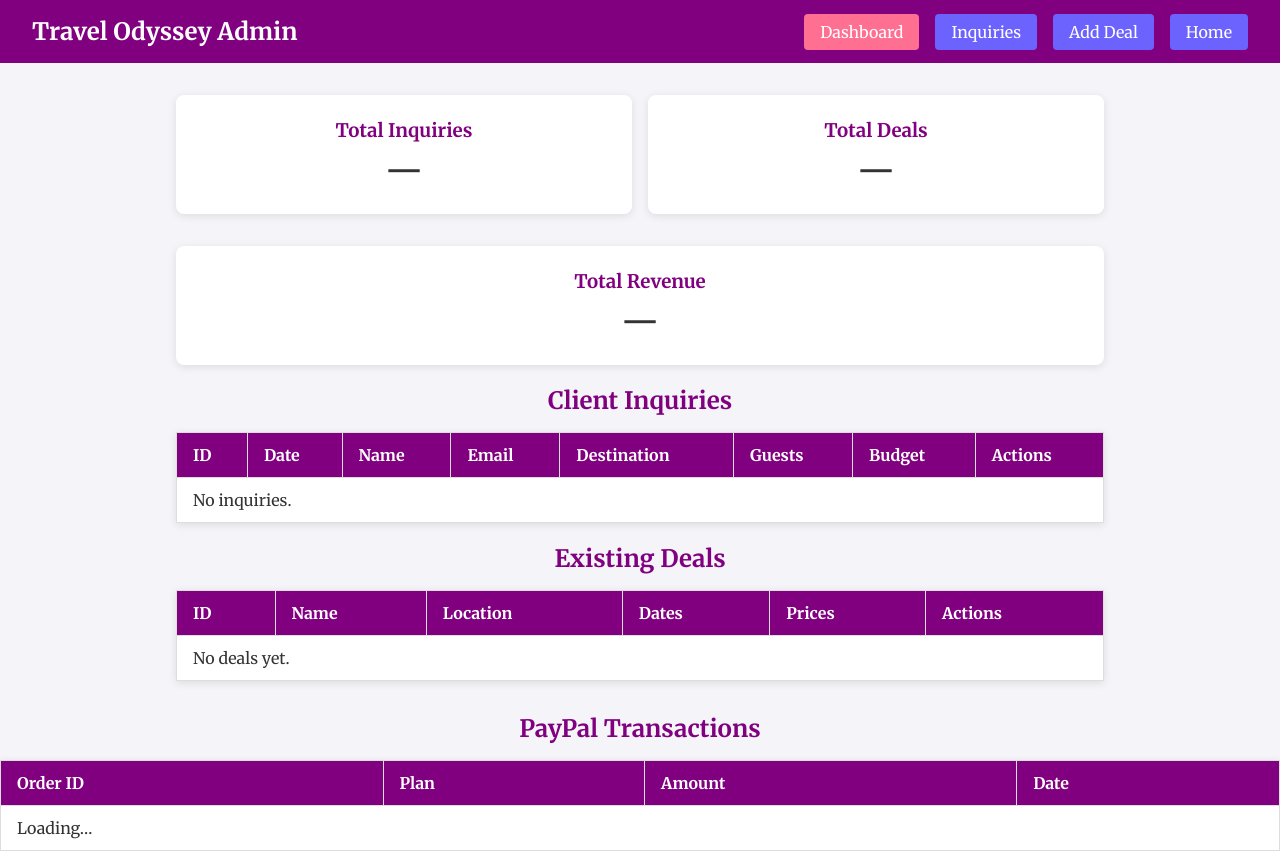
Repository: GHzPhoenix/Project-Odyssey
Page: Frontend/admin.html
The author's editor kept a copy of each file at every save. The page is drawn from the files as they stood at one save, then again after the next save.
The browser window is 1280 px wide. The pictures show the whole page.
The page's requests for data from a server got no answer.

Above is the page before, as saved 2025-06-13 15:12:24.

### Frontend/admin.html
<!DOCTYPE html>
<html lang="en">
  <head>
    <meta charset="UTF-8" />
    <meta name="viewport" content="width=device-width,initial-scale=1.0" />
    <title>Admin Dashboard – Travel Odyssey</title>
    <link rel="stylesheet" href="/Frontend/css/admin.css" />
    <style>
      .kpi-container {
        display: flex;
        gap: 1rem;
        margin: 2rem 0;
        justify-content: center;
      }
      .kpi-card {
        flex: 1;
        background: white;
        padding: 1.5rem;
        border-radius: 8px;
        box-shadow: 0 2px 8px rgba(0, 0, 0, 0.1);
        text-align: center;
      }
      .kpi-card h3 {
        margin-bottom: 0.5rem;
        color: purple;
      }
      .kpi-card p {
        font-size: 2rem;
        font-weight: bold;
      }
    </style>
  </head>
  <body>
    <header>
      <nav>
        <div class="logo">Travel Odyssey Admin</div>
        <ul>
          <li><a href="admin.html" class="active">Dashboard</a></li>
          <li><a href="inquiries.html">Inquiries</a></li>
          <li><a href="add-deal.html">Add Deal</a></li>
          <li><a href="index.html">Home</a></li>
        </ul>
      </nav>
    </header>

    <main>
      <div class="kpi-container">
        <div class="kpi-card">
          <h3>Total Inquiries</h3>
          <p id="kpi-inquiries">–</p>
        </div>
        <div class="kpi-card">
          <h3>Total Deals</h3>
          <p id="kpi-deals">–</p>
        </div>
      </div>
      <div class="kpi-card">
        <h3>Total Revenue</h3>
        <p id="kpi-revenue">–</p>
      </div>
      <br />
      <h2 class="section">Client Inquiries</h2>
      <table id="inquiries-table">
        <thead>
          <tr>
            <th>ID</th>
            <th>Date</th>
            <th>Name</th>
            <th>Email</th>
            <th>Destination</th>
            <th>Guests</th>
            <th>Budget</th>
            <th>Actions</th>
          </tr>
        </thead>
        <tbody>
          <tr>
            <td colspan="7">Loading…</td>
          </tr>
        </tbody>
      </table>
      <br />
      <h2 class="section">Existing Deals</h2>
      <table id="deals-table">
        <thead>
          <tr>
            <th>ID</th>
            <th>Name</th>
            <th>Location</th>
            <th>Dates</th>
            <th>Prices</th>
            <th>Actions</th>
          </tr>
        </thead>
        <tbody>
          <tr>
            <td colspan="5">Loading…</td>
          </tr>
        </tbody>
      </table>
    </main>

    <div id="deal-modal" class="modal-overlay">
      <div class="modal">
        <h2>Edit / Create Deal</h2>
        <form id="modal-form">
          <div class="input-group">
            <label>Name</label>
            <input type="text" name="name" required />
          </div>
          <div class="input-group">
            <label>Location</label>
            <input type="text" name="location" required />
          </div>
          <div class="input-group">
            <label>Activities</label>
            <input type="text" name="activities" required />
          </div>
          <div class="input-group">
            <label>Start Date</label>
            <input type="date" name="start_date" required />
          </div>
          <div class="input-group">
            <label>End Date</label>
            <input type="date" name="end_date" required />
          </div>
          <div class="input-group">
            <label>Price (€)</label>
            <input
              type="number"
              name="price"
              required
              min="0"
              step="0.01"
              placeholder="e.g. 199.99"
            />
          </div>
          <div class="input-group file-input-group">
            <label for="modal-image-input" class="file-input-btn">
              📁 Choose Image
            </label>
            <input type="file" id="modal-image-input" accept="image/*" />
            <span id="modal-file-chosen">No file chosen</span>
          </div>
          <div class="modal-actions">
            <button type="button" id="modal-cancel">Cancel</button>
            <button type="submit" id="modal-save">Save</button>
          </div>
        </form>
      </div>
    </div>

    <div class="transactions-section">
      <h2 class="section">PayPal Transactions</h2>
      <table id="transactions-table">
        <thead>
          <tr>
            <th>Order ID</th>
            <th>Plan</th>
            <th>Amount</th>
            <th>Date</th>
          </tr>
        </thead>
        <tbody>
          <tr>
            <td colspan="4">Loading…</td>
          </tr>
        </tbody>
      </table>
    </div>

    <script>
      const token = localStorage.getItem("token") || "";
      let inquiries = [],
        deals = [],
        editingId = null,
        editingImageURL = "";

      async function fetchJSON(url, opts = {}) {
        opts.headers = {
          ...(opts.headers || {}),
          "Content-Type": "application/json",
          Authorization: "Bearer " + token,
        };
        const res = await fetch(url, opts);
        if (!res.ok) throw await res.json();
        return res.json();
      }

      async function loadDashboard() {
        try {
          inquiries = await fetchJSON("http://127.0.0.1:5001/api/inquiries");
          document.getElementById("kpi-inquiries").textContent =
            inquiries.length;
        } catch {
          document.getElementById("kpi-inquiries").textContent = "—";
        }
        try {
          deals = await fetchJSON("http://127.0.0.1:5001/api/deals");
          document.getElementById("kpi-deals").textContent = deals.length;
        } catch {
          document.getElementById("kpi-deals").textContent = "—";
        }
        try {
          const txns = await fetchJSON(
            "http://127.0.0.1:5001/api/paypal/transactions"
          );
          let total = 0;
          const tbodyT = document.querySelector("#transactions-table tbody");
          tbodyT.innerHTML = txns.length
            ? txns
                .map((o) => {
                  total += parseFloat(o.amount);
                  const d = new Date(o.create_time).toLocaleString();
                  return `<tr>
              <td>${o.id}</td>
              <td>${o.reference_id}</td>
              <td>€${Number(o.amount).toFixed(2)}</td>
              <td>${d}</td>
            </tr>`;
                })
                .join("")
            : "<tr><td colspan='4'>No transactions.</td></tr>";
          document.getElementById("kpi-revenue").textContent =
            "€" + total.toFixed(2);
        } catch {
          document.getElementById("kpi-revenue").textContent = "—";
        }

        const inTbody = document.querySelector("#inquiries-table tbody");
        if (!inquiries.length) {
          inTbody.innerHTML = "<tr><td colspan='8'>No inquiries.</td></tr>";
        } else {
          inTbody.innerHTML = inquiries
            .map((i, idx) => {
              const date = new Date(i.created_at).toLocaleDateString();
              const budget =
                i.budget != null ? `€${Number(i.budget).toFixed(2)}` : "—";
              return `<tr>
          <td>${i.id}</td>
          <td>${date}</td>
          <td>${i.name}</td>
          <td>${i.email}</td>
          <td>${i.destination}</td>
          <td>${i.guests}</td>
          <td>${budget}</td>
          <td>
            <button class="action create-from-inquiry" data-idx="${idx}">
              Create Deal
            </button>
          </td>
        </tr>`;
            })
            .join("");
        }

        const dTbody = document.querySelector("#deals-table tbody");
        if (!deals.length) {
          dTbody.innerHTML = "<tr><td colspan='6'>No deals yet.</td></tr>";
        } else {
          dTbody.innerHTML = deals
            .map((d) => {
              const from = new Date(d.start_date).toLocaleDateString();
              const to = new Date(d.end_date).toLocaleDateString();
              const price =
                d.price != null ? `€${Number(d.price).toFixed(2)}` : "—";
              return `<tr data-id="${d.id}">
          <td>${d.id}</td>
          <td>${d.name}</td>
          <td>${d.location}</td>
          <td>${from} – ${to}</td>
          <td>${price}</td>
          <td>
            <button class="action edit-deal">Edit</button>
            <button class="action delete-deal">Delete</button>
          </td>
        </tr>`;
            })
            .join("");
        }

        const modal = document.getElementById("deal-modal");
        const form = document.getElementById("modal-form");
        const cancelBtn = document.getElementById("modal-cancel");
        const fileInput = document.getElementById("modal-image-input");
        const fileLabel = document.getElementById("modal-file-chosen");

        function openModal(deal = null, idx = null) {
          form.reset();
          editingId = deal?.id || null;
          editingImageURL = deal?.image_url || "";

          if (deal) {
            form.name.value = deal.name;
            form.location.value = deal.location;
            form.activities.value = deal.activities;
            form.start_date.value = deal.start_date;
            form.end_date.value = deal.end_date;
            form.price.value = deal.price;
            fileLabel.textContent = editingImageURL
              ? "Using existing image"
              : "No file chosen";
          } else if (idx != null) {
            const inquiry = inquiries[idx];
            form.name.value = inquiry.destination + " Special";
            form.location.value = inquiry.destination;
            form.activities.value = inquiry.preferences || "";
            form.start_date.value = "";
            form.end_date.value = "";
            form.price.value = inquiry.budget || "";
            fileLabel.textContent = "No file chosen";
          }

          modal.classList.add("active");
        }

        document.querySelectorAll(".create-from-inquiry").forEach((btn) => {
          btn.onclick = () => openModal(null, btn.dataset.idx);
        });

        document.querySelectorAll(".edit-deal").forEach((btn) => {
          const id = btn.closest("tr").dataset.id;
          const deal = deals.find((d) => d.id == id);
          btn.onclick = () => openModal(deal);
        });

        document.querySelectorAll(".delete-deal").forEach((btn) => {
          const id = btn.closest("tr").dataset.id;
          btn.onclick = async () => {
            if (!confirm("Delete this deal?")) return;
            try {
              await fetchJSON(`http://127.0.0.1:5001/api/deals/${id}`, {
                method: "DELETE",
              });
              alert("Deleted.");
              loadDashboard();
            } catch (err) {
              alert(err.error || "Delete failed");
            }
          };
        });

        cancelBtn.onclick = () => modal.classList.remove("active");
        document.addEventListener("keydown", (e) => {
          if (e.key === "Escape") modal.classList.remove("active");
        });

        fileInput.onchange = () => {
          fileLabel.textContent = fileInput.files[0]?.name || "No file chosen";
        };

        form.onsubmit = async (e) => {
          e.preventDefault();
          const payload = {
            name: form.name.value.trim(),
            location: form.location.value.trim(),
            activities: form.activities.value.trim(),
            start_date: form.start_date.value,
            end_date: form.end_date.value,
            price: parseFloat(form.price.value),
            image_url: editingImageURL,
          };

          if (fileInput.files.length) {
            payload.image_url = await new Promise((res, rej) => {
              const reader = new FileReader();
              reader.onload = () => res(reader.result);
              reader.onerror = () => rej(reader.error);
              reader.readAsDataURL(fileInput.files[0]);
            });
          }

          try {
            if (editingId) {
              await fetchJSON(`http://127.0.0.1:5001/api/deals/${editingId}`, {
                method: "PUT",
                body: JSON.stringify(payload),
              });
              alert("Deal updated!");
            } else {
              await fetchJSON("http://127.0.0.1:5001/api/deals", {
                method: "POST",
                body: JSON.stringify(payload),
              });
              alert("Deal created!");
            }
            modal.classList.remove("active");
            loadDashboard();
          } catch (err) {
            console.error(err);
            alert("Error: " + (err.error || err.message));
          }
        };
      }

      document.addEventListener("DOMContentLoaded", loadDashboard);
    </script>
  </body>
</html>

### Frontend/css/admin.css
@import url("https://fonts.googleapis.com/css2?family=Merriweather:wght@300;400;700&display=swap");

* {
  box-sizing: border-box;
  margin: 0;
  padding: 0;
}

body {
  font-family: "Merriweather", serif;
  background: #f4f4f9;
  color: #333;
}
.action {
  background: #6c63ff;
  color: white;
  border: none;
  padding: 0.4rem 0.8rem;
  border-radius: 4px;
  cursor: pointer;
  font-size: 0.9rem;
  transition: background 0.2s ease;
}
.action:hover {
  background: #5950d4;
}
.modal-overlay {
  display: none;
  position: fixed;
  inset: 0;
  background: rgba(0, 0, 0, 0.6);
  align-items: center;
  justify-content: center;
  z-index: 1000;
}
.modal-overlay.active {
  display: flex;
}
.modal {
  background: #fff;
  padding: 2rem;
  border-radius: 8px;
  width: 90%;
  max-width: 400px;
  box-shadow: 0 2rem 4rem rgba(0, 0, 0, 0.2);
}
.modal h2 {
  margin-bottom: 1rem;
  color: purple;
}
.modal .input-group {
  margin-bottom: 1rem;
}
.modal label {
  display: block;
  margin-bottom: 0.4rem;
  font-weight: 600;
}
.modal input[type="text"],
.modal input[type="date"] {
  width: 100%;
  padding: 0.5rem;
  border: 1px solid #ccc;
  border-radius: 4px;
}

.modal-actions {
  text-align: right;
  margin-top: 1rem;
}
.modal-actions button {
  background: #6c63ff;
  color: #fff;
  border: none;
  padding: 0.5rem 1rem;
  border-radius: 4px;
  cursor: pointer;
  margin-left: 0.5rem;
  transition: background 0.2s;
}
.modal-actions button#modal-cancel {
  background: #ccc;
  color: #333;
}
.modal-actions button:hover {
  background: #5950d4;
}

header nav {
  background: purple;
  padding: 1rem 2rem;
  display: flex;
  align-items: center;
  justify-content: space-between;
}

header nav .logo {
  color: white;
  font-size: 1.5rem;
  font-weight: bold;
}

header nav ul {
  list-style: none;
  display: flex;
  gap: 1rem;
}

header nav a {
  color: white;
  text-decoration: none;
  padding: 0.5rem 1rem;
  background: #6c63ff;
  border-radius: 4px;
  transition: background 0.2s;
}

header nav a.active,
header nav a:hover {
  background: #ff6f91;
}

main {
  max-width: 960px;
  margin: 2rem auto;
  padding: 0 1rem;
}

h1,
h2 {
  color: purple;
  margin-bottom: 1rem;
  text-align: center;
}

form {
  background: white;
  padding: 2rem;
  border-radius: 8px;
  box-shadow: 0 4px 12px rgba(0, 0, 0, 0.1);
}

form .input-group {
  margin-bottom: 1.25rem;
}

form label {
  display: block;
  margin-bottom: 0.4rem;
  font-weight: 600;
}

form input[type="text"],
form input[type="date"],
form input[type="number"],
form textarea {
  width: 100%;
  padding: 0.6rem;
  border: 1px solid #ccc;
  border-radius: 4px;
  font-size: 1rem;
}

form textarea {
  resize: vertical;
  min-height: 80px;
}

.file-input-label {
  display: inline-block;
  padding: 0.5rem 1rem;
  background: #007bff;
  color: white;
  border-radius: 4px;
  cursor: pointer;
  font-size: 0.9rem;
}

#file-chosen {
  margin-left: 0.5rem;
  font-size: 0.9rem;
  vertical-align: middle;
  color: #555;
}

input[type="file"] {
  display: none;
}

button[type="submit"] {
  background: #0b6623;
  color: white;
  padding: 0.7rem 1.4rem;
  border: none;
  border-radius: 4px;
  font-size: 1rem;
  cursor: pointer;
}

button[type="submit"]:hover {
  background: #095a1a;
}

#deal-message,
#inquiry-message {
  margin-top: 0.75rem;
  font-size: 0.9rem;
}

#deal-message.error,
#inquiry-message.error {
  color: #b00020;
}

#deal-message.success,
#inquiry-message.success {
  color: #0b6623;
}

table {
  width: 100%;
  border-collapse: collapse;
  background: white;
  margin-top: 1rem;
  box-shadow: 0 2px 8px rgba(0, 0, 0, 0.1);
}

th,
td {
  padding: 0.75rem 1rem;
  border: 1px solid #ddd;
  text-align: left;
}

th {
  background: purple;
  color: white;
  font-weight: 600;
}

tr:nth-child(even) td {
  background: #f9f9ff;
}

.inquiry-actions button {
  background: #6c63ff;
  color: white;
  border: none;
  padding: 0.4rem 0.8rem;
  border-radius: 4px;
  cursor: pointer;
  font-size: 0.9rem;
  margin-right: 0.5rem;
}

.inquiry-actions button:hover {
  background: #5950d4;
}

.deal-card {
  background: white;
  border-radius: 8px;
  box-shadow: 0 2px 8px rgba(0, 0, 0, 0.1);
  overflow: hidden;
  margin: 1rem 0;
  display: flex;
}

.deal-card img {
  width: 120px;
  object-fit: cover;
}

.deal-card-body {
  padding: 1rem;
  flex: 1;
}

.deal-card-body h3 {
  margin-bottom: 0.5rem;
}

.deal-card-body p {
  margin-bottom: 0.5rem;
}

.deal-card-body .card-button {
  background: #6c63ff;
  color: white;
  padding: 0.4rem 0.8rem;
  border-radius: 4px;
  text-decoration: none;
}

.deal-card-body .card-button:hover {
  background: #5950d4;
}

.button-link {
  display: inline-block;
  margin-top: 1.5rem;
  color: #6c63ff;
  text-decoration: underline;
}

.file-input-btn {
  display: inline-block;
  background: #6c63ff;
  color: #fff;
  padding: 0.5rem 1rem;
  border-radius: 4px;
  cursor: pointer;
  font-size: 0.9rem;
  transition: background 0.2s;
}
.file-input-btn:hover {
  background: #5950d4;
}

#modal-file-chosen {
  margin-left: 0.75rem;
  font-size: 0.9rem;
  color: #555;
  vertical-align: middle;
}

.file-input-group {
  margin-bottom: 1rem;
}

After the next save:
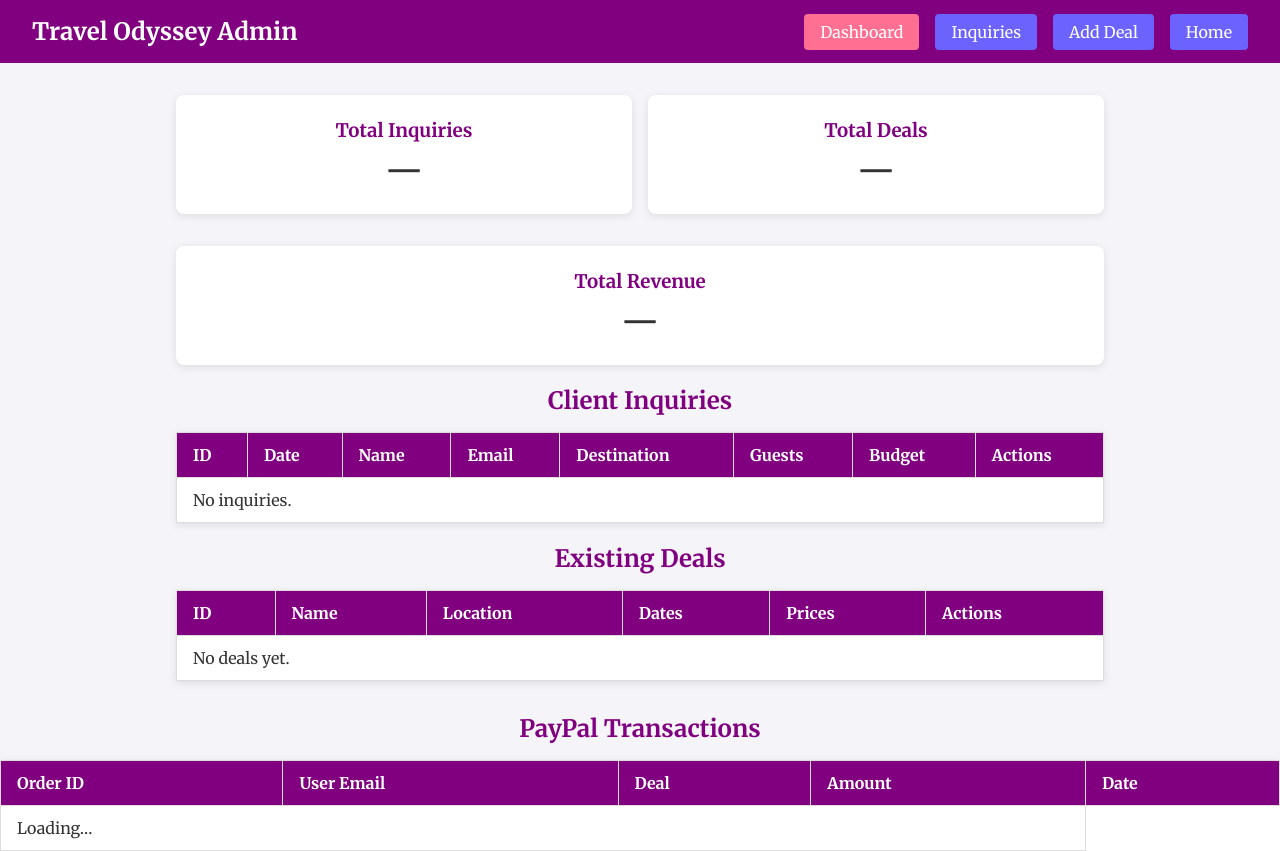
Saved 105 s later.
--- a/Frontend/admin.html
+++ b/Frontend/admin.html
@@ -156,11 +156,13 @@
         <thead>
           <tr>
             <th>Order ID</th>
-            <th>Plan</th>
+            <th>User Email</th>
+            <th>Deal</th>
             <th>Amount</th>
             <th>Date</th>
           </tr>
         </thead>
+
         <tbody>
           <tr>
             <td colspan="4">Loading…</td>
